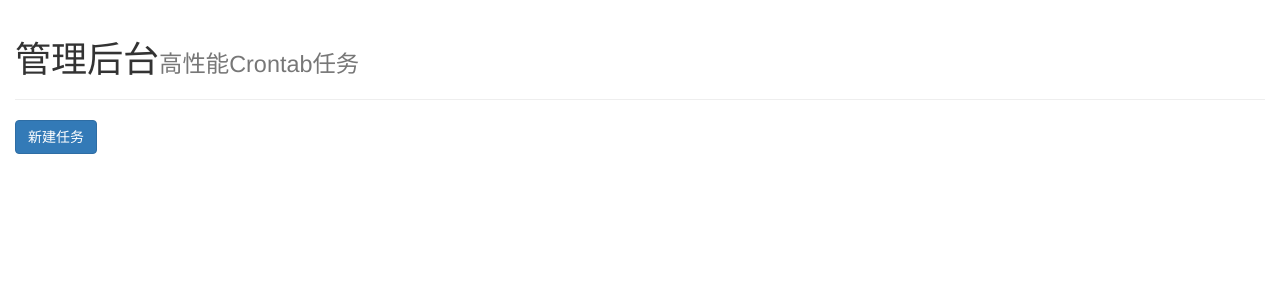
Repository: hellosz/GoCron
Page: src/master/main/public/index.html
These files come from the project's save history. The page is drawn as it stood at one moment and after the next save; the edit follows.
The browser window is 1280 px wide. The pictures show the whole page.

Above is the page before, as saved 2021-08-29 15:05:21.

### src/master/main/public/index.html
<!DOCTYPE html>
<html lang="en">
<head>
    <meta charset="UTF-8">
    <meta http-equiv="X-UA-Compatible" content="IE=edge">
    <meta name="viewport" content="width=device-width, initial-scale=1.0">
    <title>高性能 Crontab</title>
    <script src="https://cdn.bootcdn.net/ajax/libs/jquery/3.5.1/jquery.min.js"></script>
    <link href="https://cdn.bootcdn.net/ajax/libs/twitter-bootstrap/3.3.7/css/bootstrap.min.css" rel="stylesheet">
    <script src="https://cdn.bootcdn.net/ajax/libs/twitter-bootstrap/3.3.7/js/bootstrap.min.js"></script>
</head>
<body>
    <div class="container-fluid">
        <!-- 头部 -->
        <div class="row">
            <div class="col-md-12">
                <div class="page-header">
                    <h1>
                        管理后台<small>高性能Crontab任务</small>
                    </h1>
                </div>
            </div>
        </div>
        <!-- 操作按钮 -->
        <div class="row">
            <div class="col-md-12">
                <button type="button" class="btn btn-primary">
                    新建任务
                </button>
            </div>
        </div>
    </div>



    <script>
        // 代码

    </script>
</body>
</html>

After the next save:
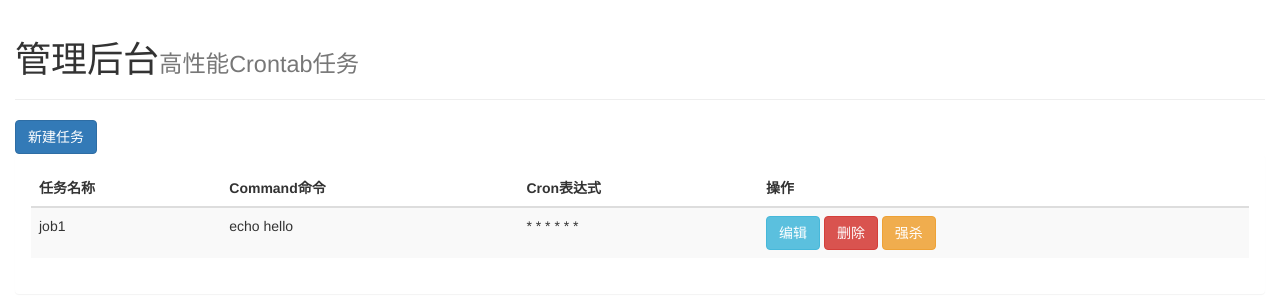
Saved 11 min 53 s later.
--- a/src/master/main/public/index.html
+++ b/src/master/main/public/index.html
@@ -29,6 +29,42 @@
                 </button>
             </div>
         </div>
+
+        <!-- 任务列表 -->
+        <div class="row">
+            <div class="col-md-12">
+                <div class="panel">
+                    <div class="panel-body">
+                        <table class="table table-striped">
+                            <thead>
+                                <tr>
+                                    <th>任务名称</th>
+                                    <th>Command命令</th>
+                                    <th>Cron表达式</th>
+                                    <th>操作</th>
+                                </tr>
+                            </thead>
+                            <tbody>
+                                <tr>
+                                    <td>job1</td>
+                                    <td>echo hello</td>
+                                    <td>* * * * * *</td>
+                                    <td>
+                                        <div class="tool-bar">
+                                            <button class="btn btn-info">编辑</button>
+                                            <button class="btn btn-danger">删除</button>
+                                            <button class="btn btn-warning">强杀</button>
+                                        </div>
+                                    </td>
+                                </tr>
+                            </tbody>
+
+                        </table>
+                    </div>
+                </div>
+            </div>
+
+        </div>
     </div>
 
 
